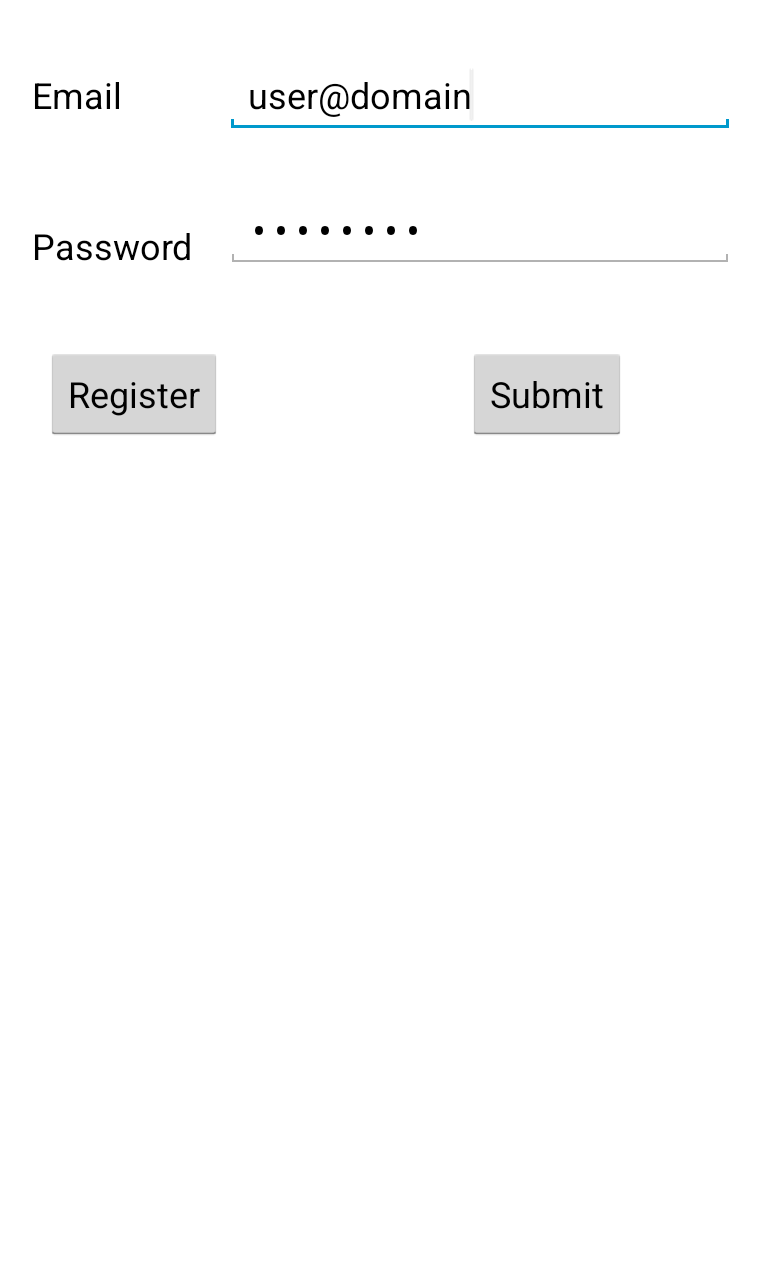
Repository: srikraj8341/srikanthrepo
Layout: android/MyFirstApp/res/layout/activity_main.xml
These files come from the project's save history. The layout is drawn as it stood at one moment and after the next save; the edit follows.
It is drawn on a 768 x 1280 px phone screen (xhdpi) without system bars, with theme AppTheme; the app's code is not run.

Above is the layout before, as saved 2012-09-23 02:17:07.

After the next save:
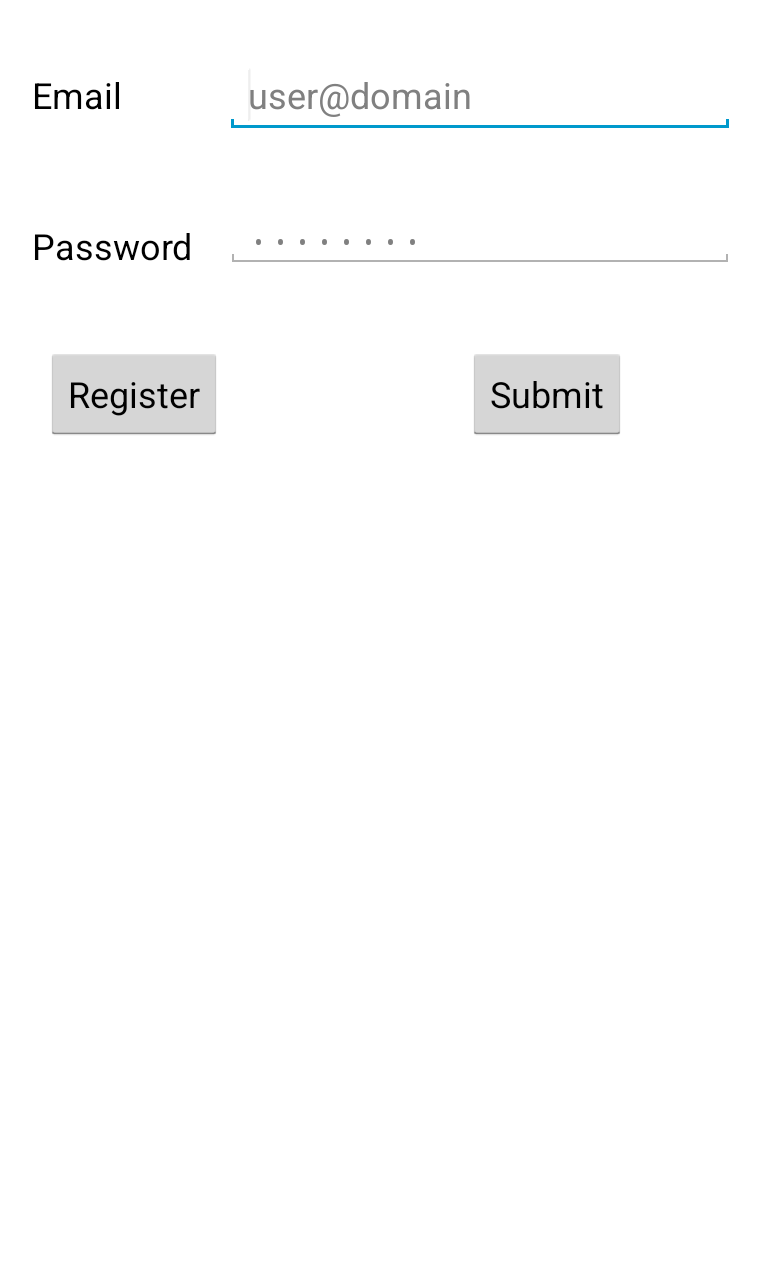
Saved 4 min 19 s later.
--- a/android/MyFirstApp/res/layout/activity_main.xml
+++ b/android/MyFirstApp/res/layout/activity_main.xml
@@ -23,8 +23,8 @@
         android:layout_alignParentRight="true"
         android:layout_toRightOf="@+id/textView3"
         android:ems="10"
-        android:inputType="textEmailAddress"
-        android:text="@string/textEmailAddress" >
+        android:hint="@string/textEmailAddress"
+        android:inputType="textEmailAddress" >
 
         <requestFocus />
     </EditText>
@@ -47,10 +47,8 @@
         android:layout_marginTop="28dp"
         android:layout_toRightOf="@+id/textView3"
         android:ems="10"
-        android:inputType="textPassword"
-        android:text="@string/Passwordsymbol" />
-
-
+        android:hint="@string/Passwordsymbol"
+        android:inputType="textPassword" />
 
     <Button
         android:id="@+id/button1"
